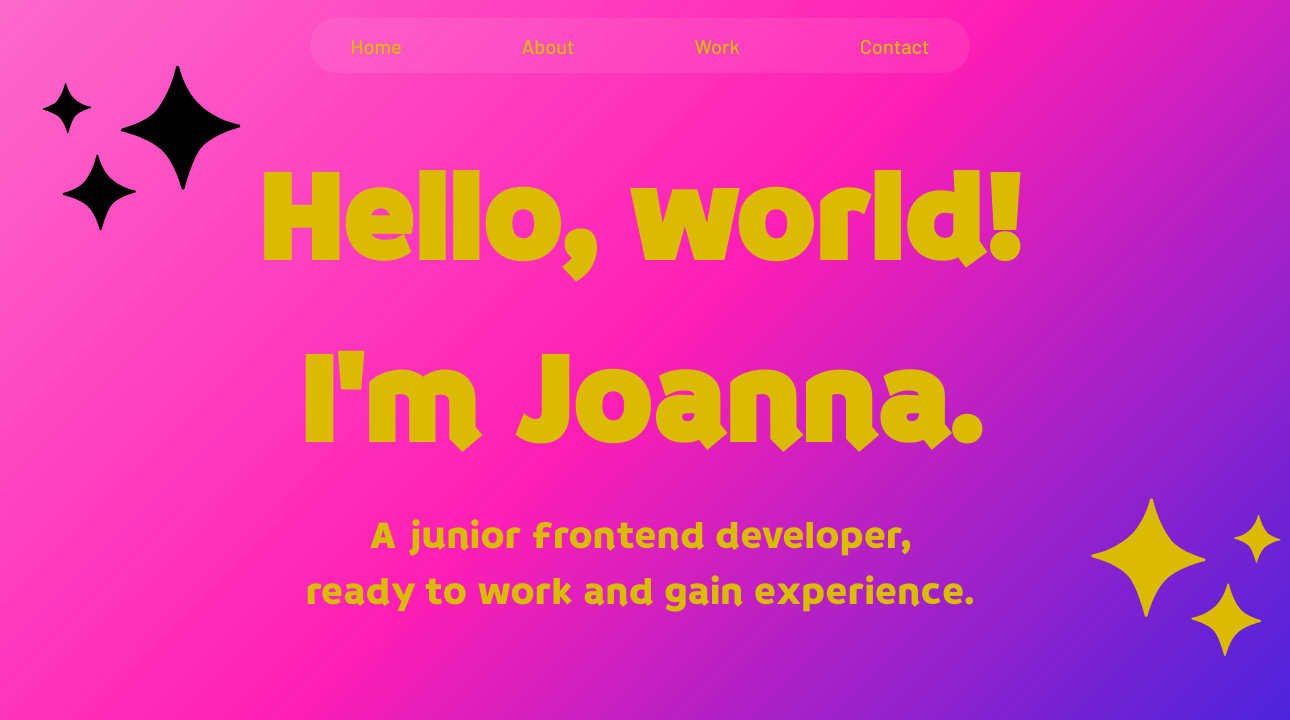
Repository: JJonka/portfolio_site
Page: /
These files come from the project's save history. The page is drawn as it stood at one moment and after the next save; the edit follows.
The browser window is 1280 px wide. The page is 1290 px wide, so the pictures cover 1290 px, including what lies to the right of the window. The pictures show the whole page.
The project was rebuilt for these pictures with package versions that can differ from the ones it lists, and the page was loaded fresh each time. Also part of the build but not shown: vite.config.ts, src/components/EndOfSection.module.scss, src/components/EndOfSection.tsx, src/pages/About.tsx, src/components/LogoIcon.module.scss, src/components/LogoIcon.tsx, src/pages/Contact.tsx, src/pages/Work.module.scss and 1 more.

Above is the page before, as saved 2023-10-08 12:44:43.

After the next save:
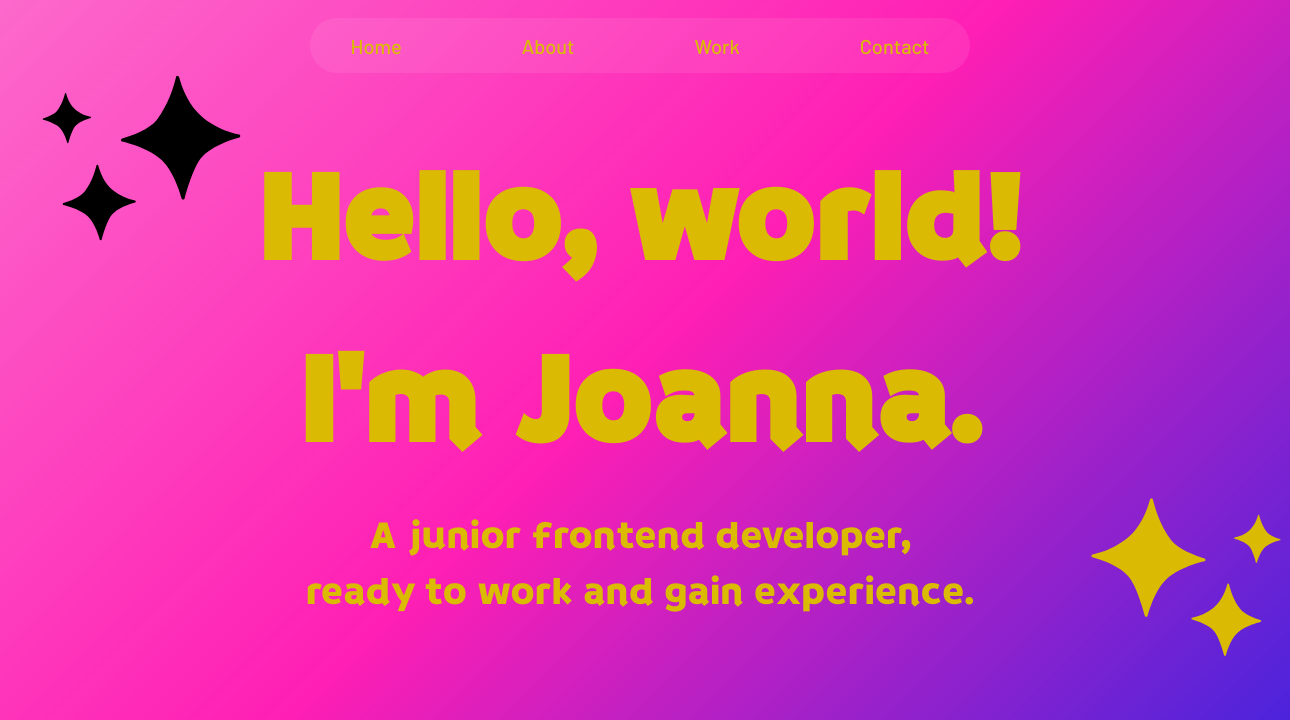
Saved 9 s later.
--- a/src/pages/HomePage.module.scss
+++ b/src/pages/HomePage.module.scss
@@ -22,7 +22,7 @@
 
 .imgTop {
     position: absolute;
-    top: 40px;
+    top: 50px;
     left: 50px;
     max-width: 30%;
     max-height: 30%;
